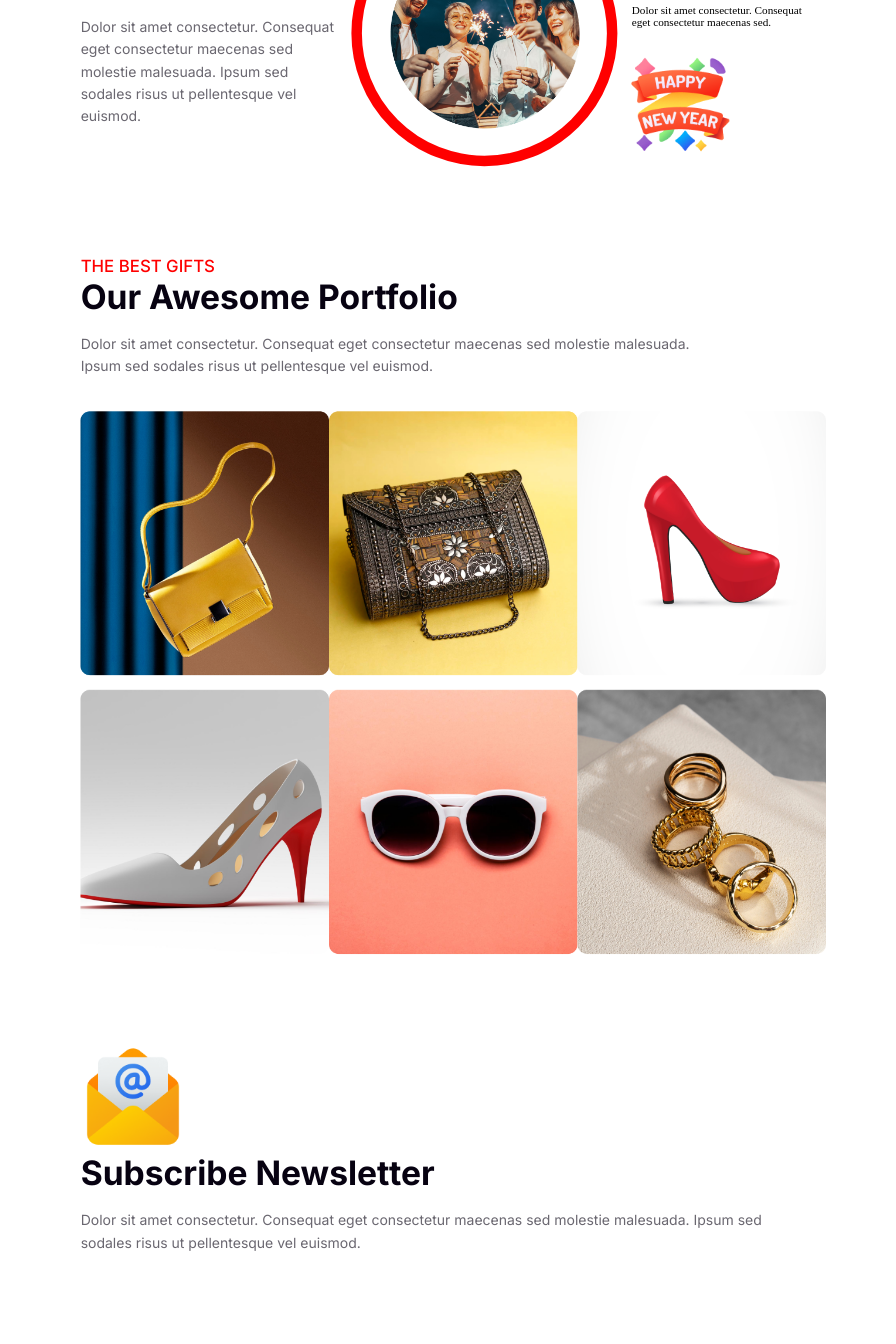
Repository: rahmatahmedrifat/First-Assignment
Page: index.html
The author's editor kept a copy of each file at every save. The page is drawn from the files as they stood at one save, then again after the next save.
The browser window is 1280 px wide. The pictures show the part of the page from y = 3048 to 4968 px (the page is 4968 px tall), at 70% of full size.

Above is the page before, as saved 2024-01-08 18:42:32.

After the next save:
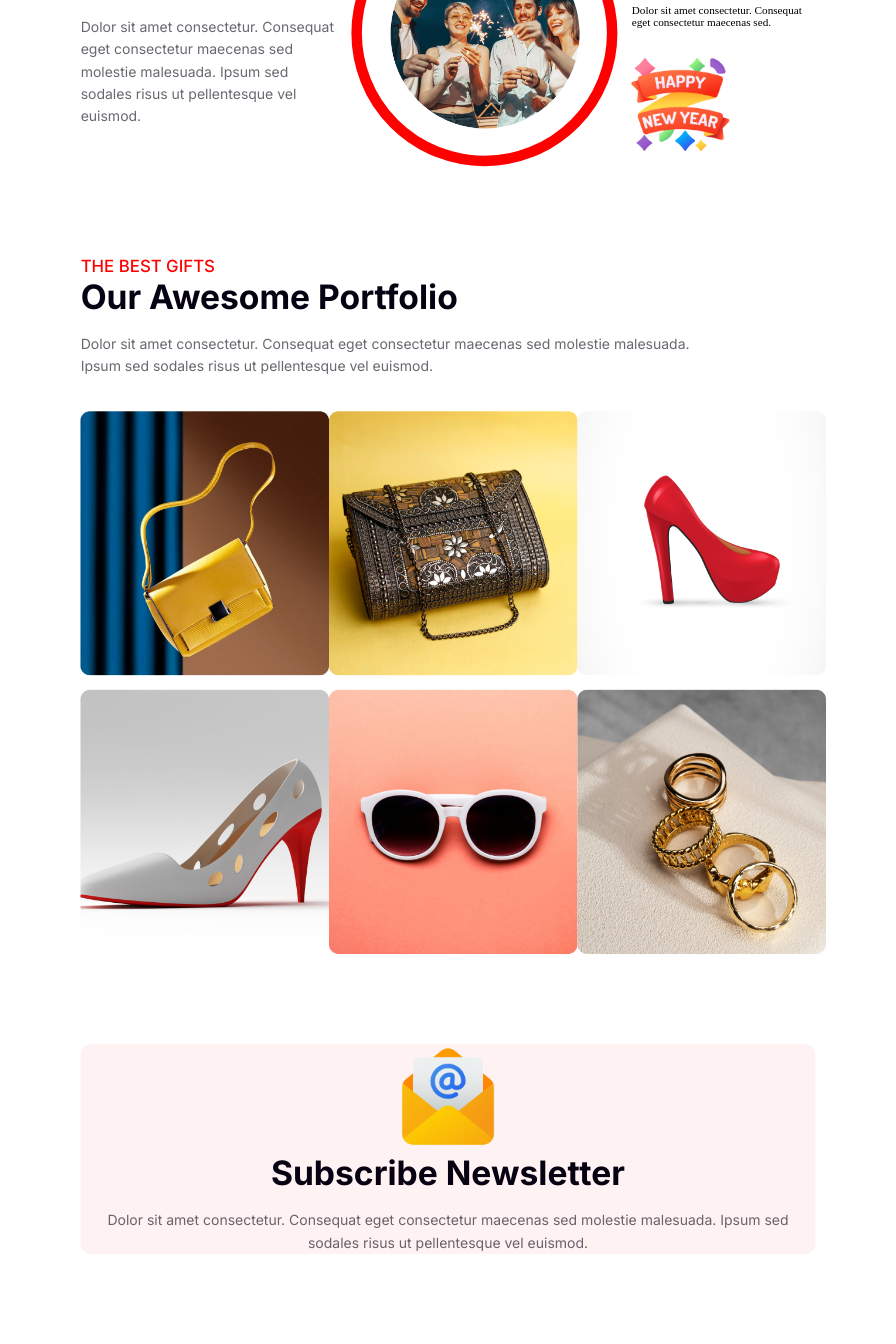
Saved 37 s later.
--- a/Style/style.css
+++ b/Style/style.css
@@ -282,3 +282,8 @@
 #newsletter{
     margin: 128px 0px;
 }
+.news-content{
+    border-radius: 16px;
+    background: rgba(255, 0, 0, 0.05);
+    text-align: center;
+}
